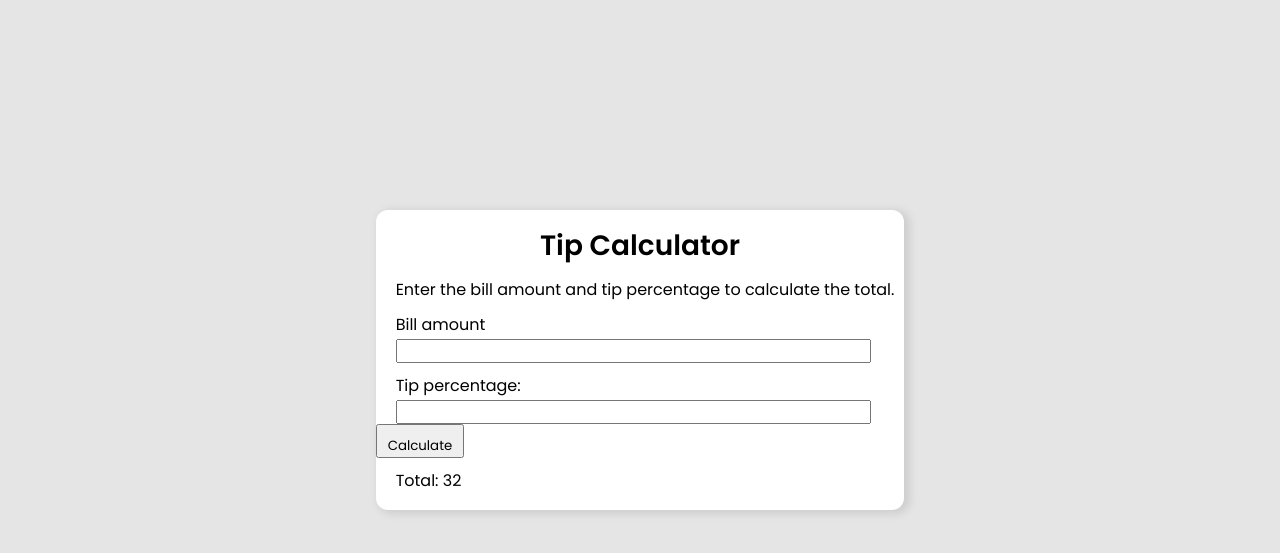
Repository: Ankitkr2021/Tip-Calculator
Page: index.html
These files come from the project's save history. The page is drawn as it stood at one moment and after the next save; the edit follows.
The browser window is 1280 px wide. The pictures show the whole page.

Above is the page before, as saved 2025-10-27 10:54:21.

After the next save:
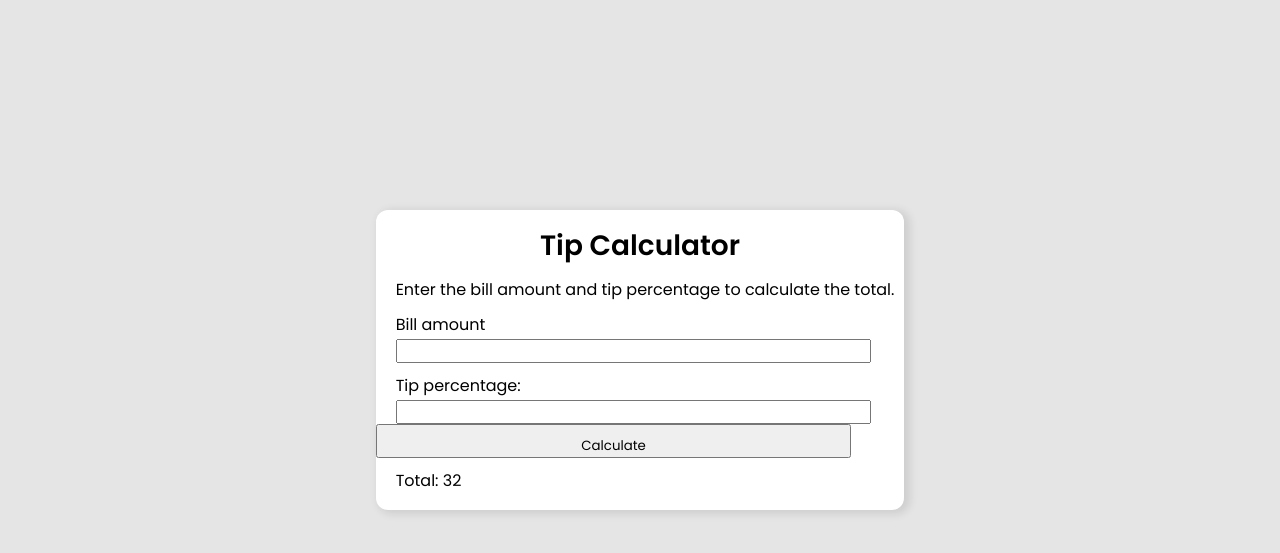
Saved 7 s later.
--- a/style.css
+++ b/style.css
@@ -43,5 +43,6 @@ input {
 
 button {
     padding: 10px 10px 0 10px ;
+    width: 90%;
 
 }
